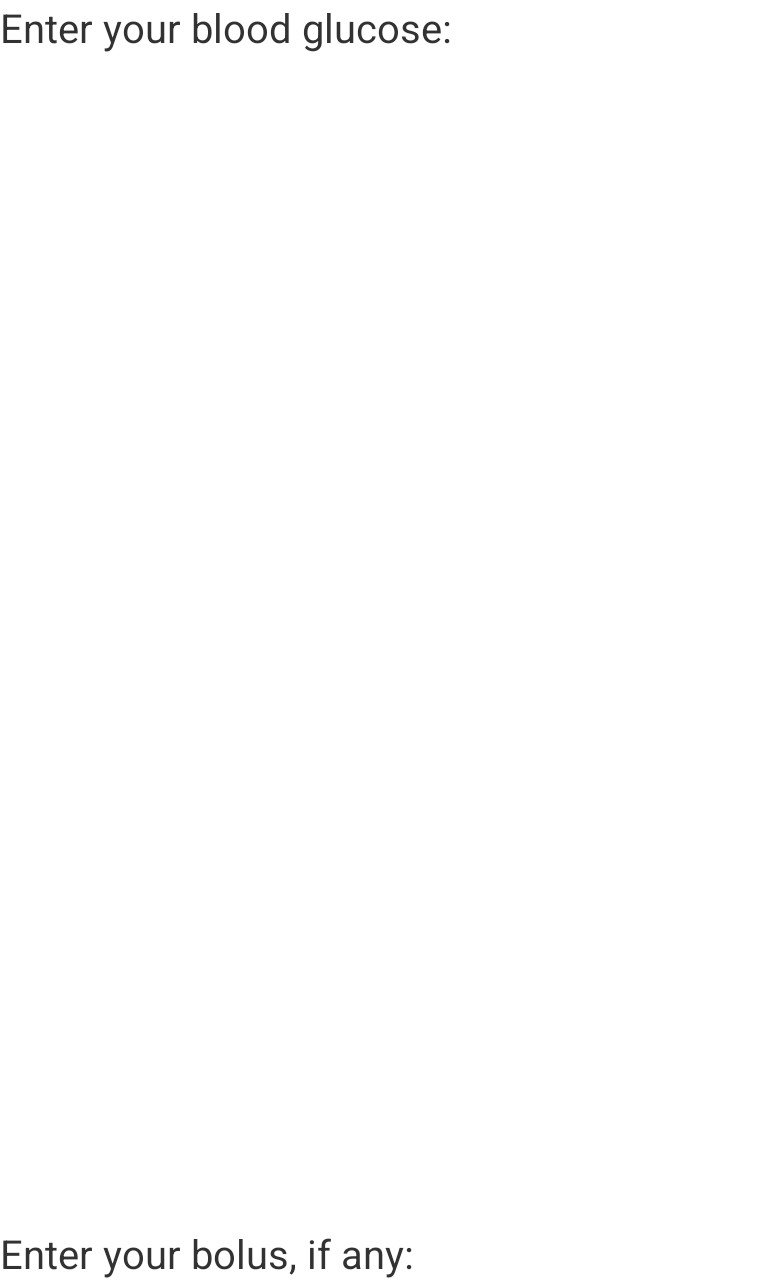
Repository: dekigo/GluNote
Layout: Glunote/res/layout/activity_testing_page.xml
These files come from the project's save history. The layout is drawn as it stood at one moment and after the next save; the edit follows.
It is drawn on a 768 x 1280 px phone screen (xhdpi) without system bars, with theme AppTheme; the app's code is not run.

Above is the layout before, as saved 2013-06-08 23:45:32.

### Glunote/res/layout/activity_testing_page.xml
<?xml version="1.0" encoding="utf-8"?>
<LinearLayout xmlns:android="http://schemas.android.com/apk/res/android"
    xmlns:tools="http://schemas.android.com/tools"
    android:layout_width="match_parent"
    android:layout_height="match_parent"
    android:orientation="vertical" >

    <TextView
        android:layout_width="wrap_content"
        android:layout_height="wrap_content"
        android:text="@string/Test_Page_Glucose"
        android:textSize="20sp" />

    <EditText android:id="@+id/Test_Page_Glucose_Amt"
        android:layout_weight="1"
        android:layout_width="0dp"
        android:layout_height="wrap_content"
        android:inputType="number"
    />


    <TextView
        android:layout_width="wrap_content"
        android:layout_height="wrap_content"
        android:text="@string/Test_Page_Bolus"
        android:textSize="20sp"
    />

</LinearLayout>

### Glunote/res/values/strings.xml
<?xml version="1.0" encoding="utf-8"?>
<resources>

    <string name="app_name">Glunote</string>
    <string name="action_settings">Settings</string>
    <string name="Test_Input">Record a Testing Event</string>
    <string name="Carb_Input">Track your Carbs</string>
    <string name="title_activity_testing_page">TestingPageActivity</string>
    <string name="Test_Page_Glucose">Enter your blood glucose:</string>
    <string name="Test_Page_Bolus">Enter your bolus, if any:</string>
</resources>

Loaded but not shown: Glunote/res/values/styles.xml (common file); Glunote/res/values-v11/styles.xml (common file); Glunote/res/values-v14/styles.xml (common file)

After the next save:
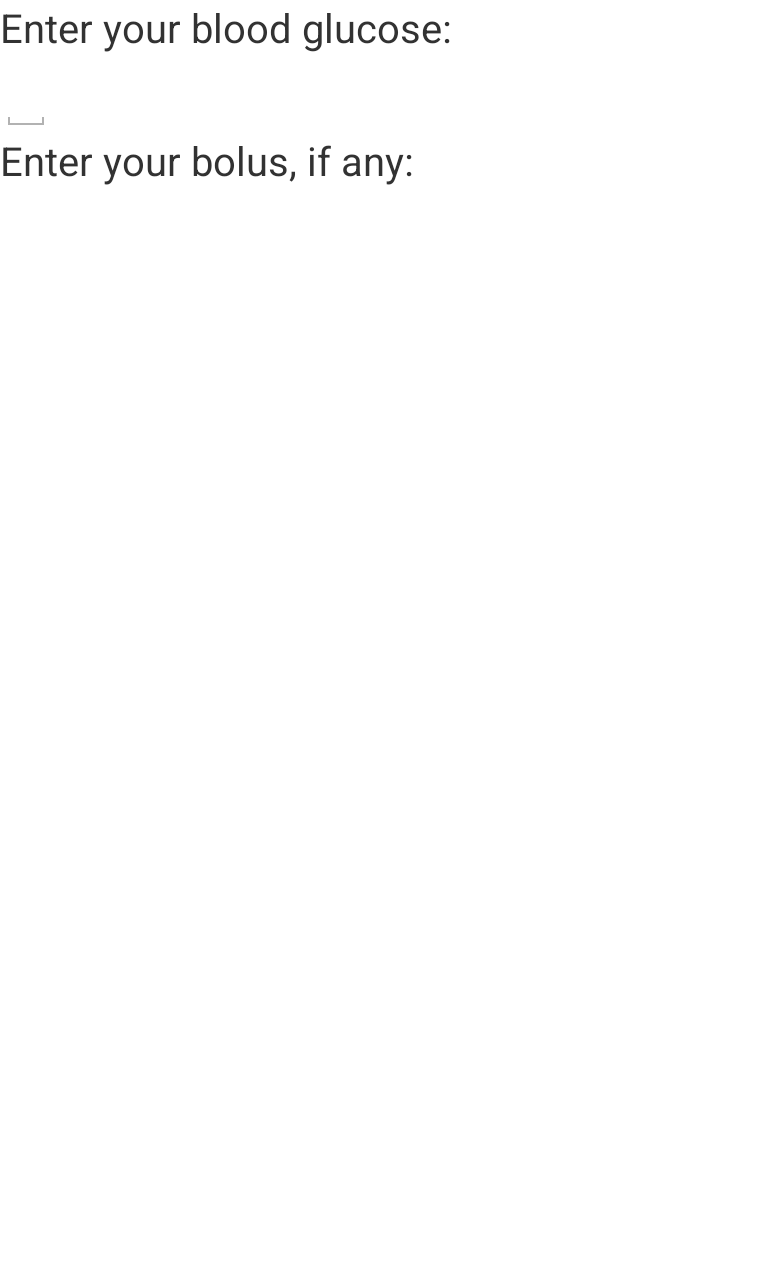
Saved 38 s later.
--- a/Glunote/res/layout/activity_testing_page.xml
+++ b/Glunote/res/layout/activity_testing_page.xml
@@ -12,8 +12,7 @@
         android:textSize="20sp" />
 
     <EditText android:id="@+id/Test_Page_Glucose_Amt"
-        android:layout_weight="1"
-        android:layout_width="0dp"
+        android:layout_width="wrap_content"
         android:layout_height="wrap_content"
         android:inputType="number"
     />
